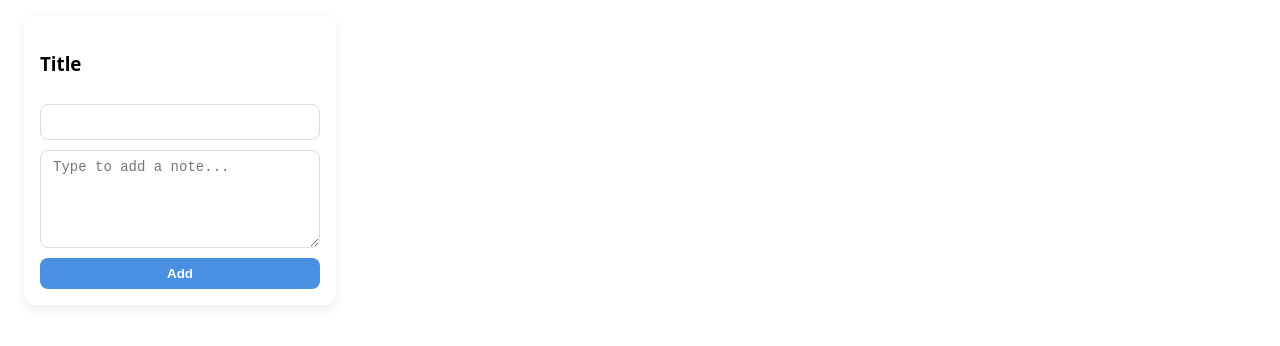
Repository: AJANI2005/Notes-App
Page: /
These files come from the project's save history. The page is drawn as it stood at one moment and after the next save; the edit follows.
The browser window is 1280 px wide. The pictures show the whole page.
The project was rebuilt for these pictures with package versions that can differ from the ones it lists, and the page was loaded fresh each time. Also part of the build but not shown: vite.config.ts.

Above is the page before, as saved 2025-07-31 15:39:10.

After the next save:
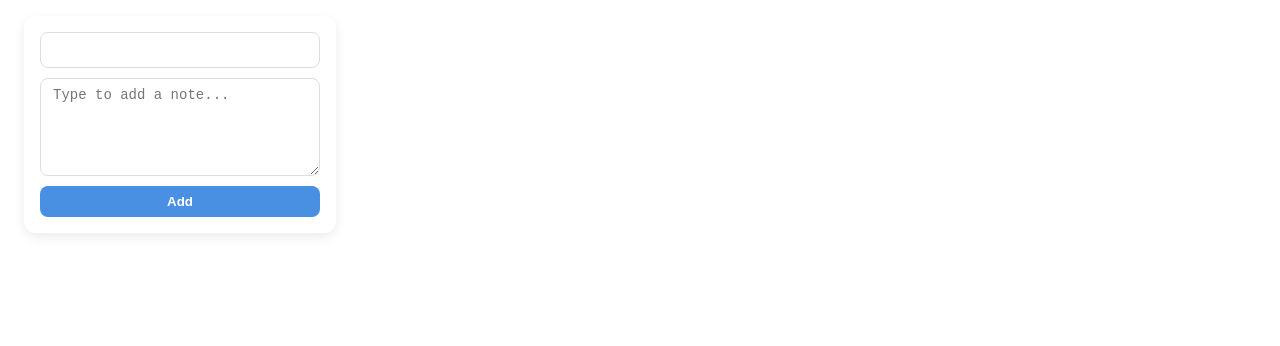
Saved 4 s later.
--- a/src/App.tsx
+++ b/src/App.tsx
@@ -8,7 +8,6 @@ const Note = () => {
 
   return (
     <form className='note'>
-      <h3 className='note-title'>Title</h3>
       <input
         value={title}
         onChange={(e) => setTitle(e.target.value)}
